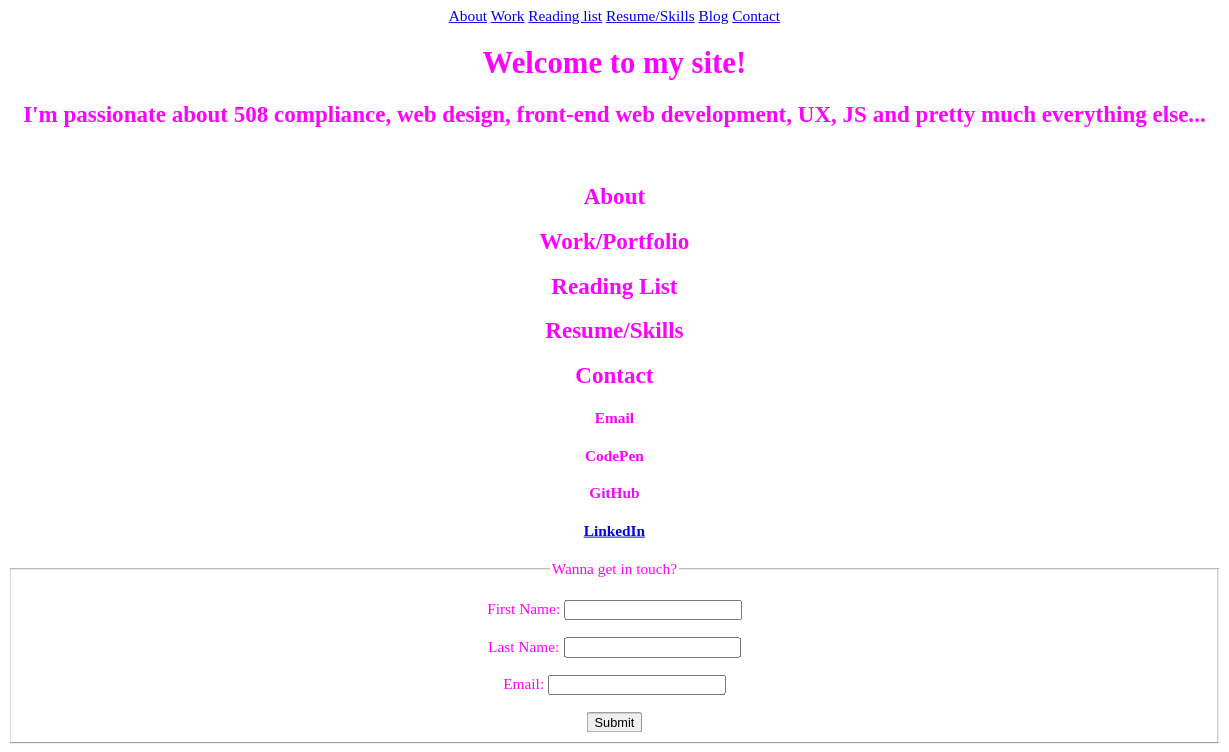
Repository: jasvr/jasvr.io
Page: index.html
The author's editor kept a copy of each file at every save. The page is drawn from the files as they stood at one save, then again after the next save.
The browser window is 1280 px wide. The pictures show the whole page, at 96% of full size.

Above is the page before, as saved 2020-01-20 13:45:32.

### index.html
<!DOCTYPE html>
<html lang="en">

<head>
    <meta charset="UTF-8">
    <meta name="viewport" content="width=device-width, initial-scale=1.0">
    <meta http-equiv="X-UA-Compatible" content="ie=edge">
    <title>Jasmin Vargas</title>
    <link href="style.css" type="text/css" rel="stylesheet">
</head>

<body>
    <nav>
        <a href="/about/">About</a>
        <a href="/work/">Work</a>
        <a href="/readinglist/">Reading list</a>
        <a href="/resume/">Resume/Skills</a>
        <a href="/blog/">Blog</a>
        <a href="/contact/">Contact</a>
    </nav>
    <h1>Welcome to my site!</h1>
    <h2>I'm passionate about 508 compliance, web design, front-end web development, UX, JS and pretty much everything
        else...</h2>
    <br>
    <h2>About</h2>
    <h2>Work/Portfolio</h2>
    <h2>Reading List</h2>
    <h2>Resume/Skills</h2>
    <!-- <h2>Blog</h2> -->
    <h2>Contact</h2>
    <h4>Email</h4>
    <h4>CodePen</h4>
    <h4>GitHub</h4>
    <h4><a href="https://www.linkedin.com/in/jasvrgs/">LinkedIn</a></h4>





    <fieldset>
        <legend>Wanna get in touch?</legend>
        <div>
            <br>
            <label for="firstname">First Name: </label>
            <input type="text" name="firstname" />
        </div>
        <div>
            <br>
            <label for="lastname">Last Name: </label>
            <input type="text" name="lastname" />
        </div>
        <div>
            <br>
            <label for="email">Email: </label>
            <input type="text" name="email" />

        </div>
        <div>
            <br>
            <input type="submit" value="Submit">
        </div>
    </fieldset>
</body>

</html>

### style.css
body{
    color:magenta;
    text-align:center;
    }

    *:focus{
        outline: 0;
        box-shadow: 0 0 10px #eb0486;
        border-color: #eb0486;
    }

    a:focus{
        color: #eb0486;
        font-weight: bold;
    }

    .button:focus{
        background-color: #eb0486;

    }

After the next save:
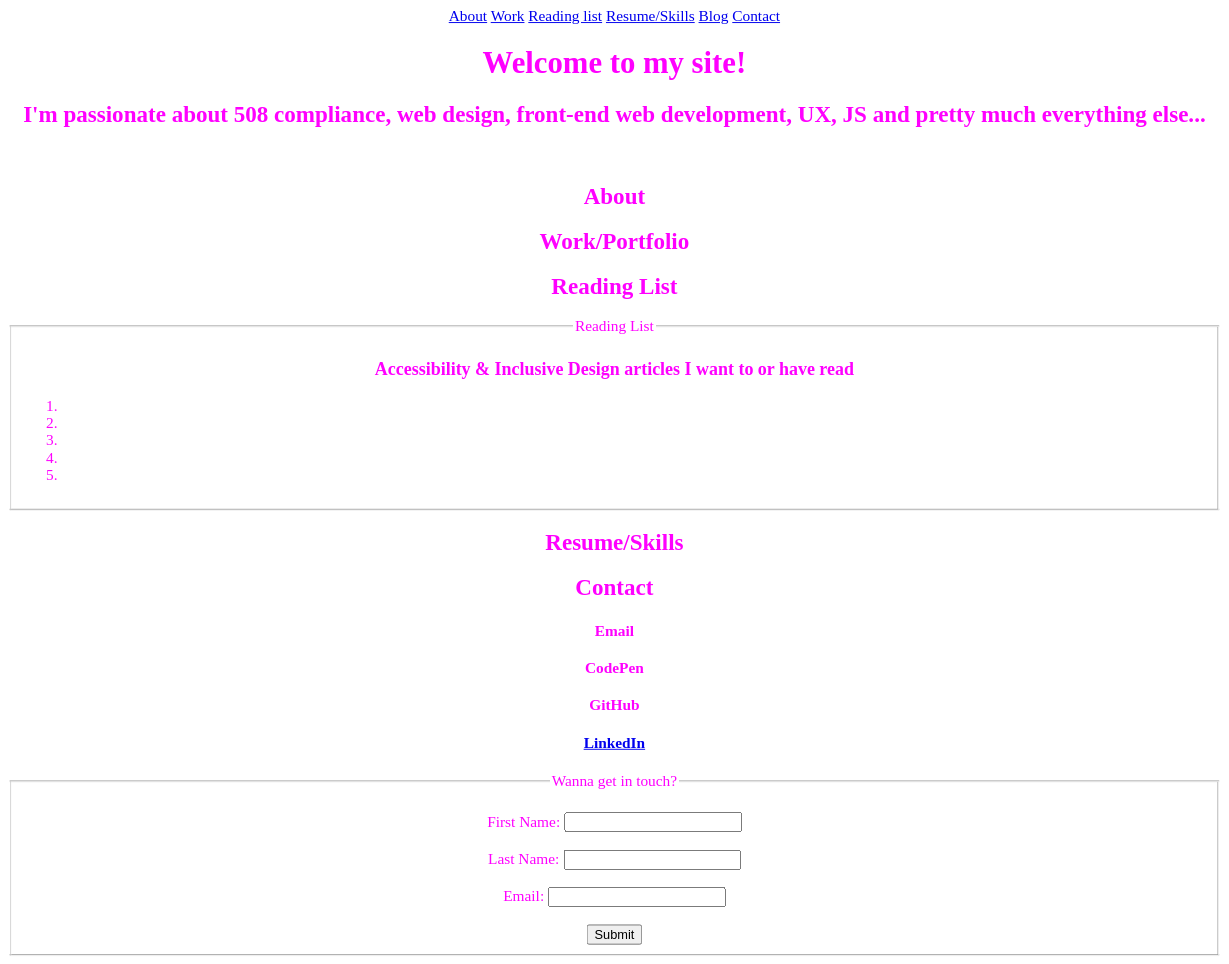
Saved 7 s later.
--- a/index.html
+++ b/index.html
@@ -25,6 +25,18 @@
     <h2>About</h2>
     <h2>Work/Portfolio</h2>
     <h2>Reading List</h2>
+    <fieldset>
+        <legend>Reading List</legend>
+        <h3>Accessibility & Inclusive Design articles I want to or have read</h3>
+        <ol>
+            <li></li>
+            <li></li>
+            <li></li>
+            <li></li>
+            <li></li>
+        </ol>
+
+    </fieldset>
     <h2>Resume/Skills</h2>
     <!-- <h2>Blog</h2> -->
     <h2>Contact</h2>
